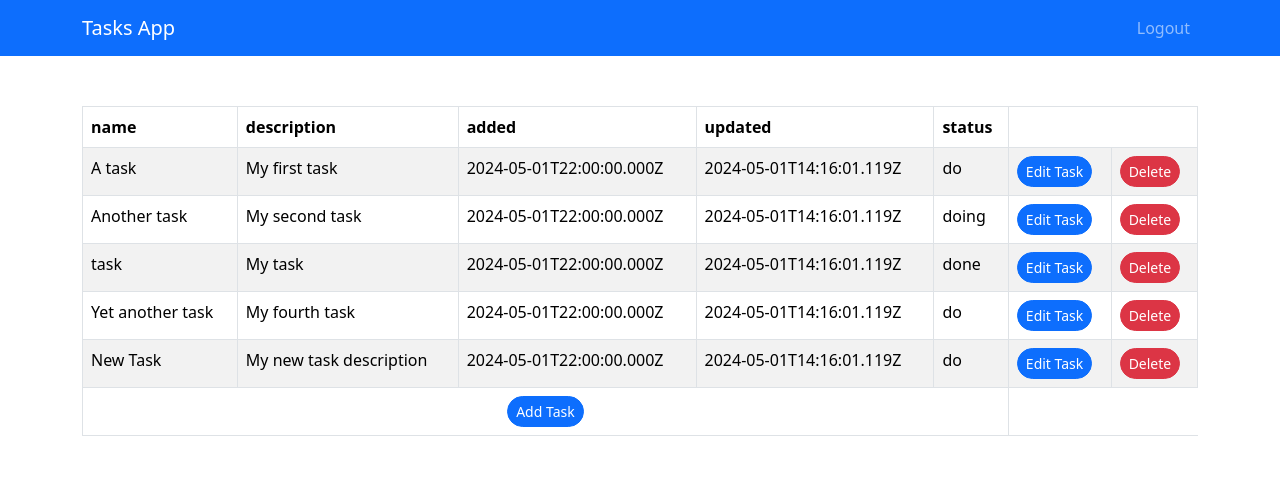
Repository: trider/react-task-manager
Page: /#/tasks
The author's editor kept a copy of each file at every save. The page is drawn from the files as they stood at one save, then again after the next save.
The browser window is 1280 px wide. The pictures show the whole page.
The project was rebuilt for these pictures with package versions that can differ from the ones it lists, and the page was loaded fresh each time. Also part of the build but not shown: src/App.css, src/data/_Users.js, src/pages/Login.js.

Above is the page before, as saved 2024-05-06 15:47:21.

### src/App.js
// import logo from './logo.svg';
import './App.css';
import 'bootstrap/dist/css/bootstrap.min.css';
// import { BrowserRouter, Routes, Route } from "react-router-dom";
import {HashRouter as Router, Routes, Route} from "react-router-dom";
import LoginForm from "./pages/Login";
import TaskList from "./pages/Task";

// const path = process.env.REACT_APP_FOR_PATH;

function App() {
  return (
    <div>
      <Router baseline="/">
        <Routes>
          <Route index element={<LoginForm />} />
            <Route path="login" element={<LoginForm />} />
            <Route path="tasks" element={<TaskList />} />
        </Routes>
      </Router>
    </div>
  );
}

export default App;

### src/pages/Task.js
import * as React from 'react';
import Table from 'react-bootstrap/Table';
import Container from 'react-bootstrap/Container';
import ModalComponent from '../components/Modal';
import userTasks from '../data/_Tasks';
import tableCols from '../data/_Cols';
import NavbarComponent from '../components/Navigation';
import Button from 'react-bootstrap/Button';



const TaskTable = () => {
  return (
    <div>
      <Table striped bordered hover size="lg">
      <thead>
        <tr>
          {tableCols.map((col) => (
            <th key={col}>{col}</th>
          ))}
           <th colSpan={"2"}></th>
        </tr>
      </thead>
      <tbody>
        {userTasks.map((task) => (
          <tr key={task.id}>
            {tableCols.map((col) => (
              <td key={col}>{task[col]}</td>
            ))}
            <td >


            <ModalComponent title={'Edit Task'} size={'sm'} />
            </td>
            <td>
            <Button  variant="danger rounded-pill" size='sm' >
            Delete
          </Button>
            </td>
          </tr>
        ))}

      </tbody>
      <tfoot>
        <tr>
          <td colSpan={tableCols.length } style={{backgroundColor:"white"}}>
          <div className="d-grid gap-2 d-md-flex justify-content-md-center">
            <ModalComponent title={'Add Task'} size={'sm'}/>
           </div>
          </td>
        </tr>
      </tfoot>
    </Table>




    </div>
  );
}


const TaskList = () => {
  return (
    <div>

    <NavbarComponent />
    <Container style={{marginTop:"50px"}}>
      <TaskTable />
    </Container>
    </div>
  );
}

export default TaskList;

### src/components/Modal.js
import { useState } from 'react';
import Button from 'react-bootstrap/Button';
import Modal from 'react-bootstrap/Modal';

const ModalComponent = (props) => {
  const [show, setShow] = useState(false);

  const handleClose = () => setShow(false);
  const handleShow = () => setShow(true);
  return (
    <div>
      <Button variant="primary" onClick={handleShow} className='rounded-pill' size={props.size}>
        {props.title}
      </Button>

      <Modal show={show} onHide={handleClose}>
        <Modal.Header closeButton>
          <Modal.Title>{props.title}</Modal.Title>
        </Modal.Header>
        <Modal.Body>
          Woohoo, you are reading this text in a modal!
          <div className='bg-primary text-light text-center' style={{ marginTop: '10px'}}>
          <Button  variant="primary rounded-pill" onClick={handleClose} size={props.size} >
            Submit
          </Button>


          </div>


          </Modal.Body>
        {/* <Modal.Footer>


        <div className='bg-primary text-light text-center' >
          <Button  variant="primary" onClick={handleClose}>
            Submit
          </Button>
          </div>
        </Modal.Footer> */}
      </Modal>
    </div>
  );
}

export default ModalComponent;

### src/data/_Tasks.js
const userTasks= [
 {
   id: "6630ab326e723ac1ea6dce7a",
   description: "My first task",
   name: "A task",
   taskId: 1,
   user: "jonnygold",
   added: "2024-05-01T22:00:00.000Z",
   updated: "2024-05-01T14:16:01.119Z",
   status: "do",
   isActive: true
 },
 {
   id: "6630fe5d6e723ac1ea6dce7e",
   description: "My second task",
   name: "Another task",
   taskId: 2,
   user: "jonnygold",
   added: "2024-05-01T22:00:00.000Z",
   updated:"2024-05-01T14:16:01.119Z",
   status: "doing",
   isActive: true
 },
 {
   id: "6630fe826e723ac1ea6dce7f",
   description: "My task",
   name: "task",
   taskId: 3,
   user: "jonnygold",
   added: "2024-05-01T22:00:00.000Z",
   updated:"2024-05-01T14:16:01.119Z",
   status: "done",
   isActive: true
 },
 {
   id: "6631f17cc4c9b7f5ab3c28c3",
   name: "Yet another task",
   description: "My fourth task",
   user: "jonnygold",
   taskId: 4,
   added: "2024-05-01T22:00:00.000Z",
   updated:"2024-05-01T14:16:01.119Z",
   isActive: true,
   status: "do",

 },
 {
   id: "66323f0d54b80929f84ebdd2",
   user: "jonnygold",
   name: "New Task",
   description: "My new task description",
   status: "do",
   taskId: 5,
   added: "2024-05-01T22:00:00.000Z",
   updated:"2024-05-01T14:16:01.119Z",
   isActive: true,
 }

]

export default userTasks

### src/data/_Cols.js
const tableCols = [
 'name',
 'description',
 'added',
 'updated',
 'status',
];

export default tableCols

### src/components/Navigation.js
import * as React from 'react';
import Container from 'react-bootstrap/Container';
import Nav from 'react-bootstrap/Nav';
import Navbar from 'react-bootstrap/Navbar';






const NavbarComponent = () => {
  return (
    <Navbar bg="primary" expand="lg" data-bs-theme="dark">
      <Container>
        <Navbar.Brand href="#home">Tasks App</Navbar.Brand>
        <Navbar.Toggle aria-controls="basic-navbar-nav" />
        <Navbar.Collapse id="basic-navbar-nav">
          <Nav className="me-auto" >
          </Nav>
          <Nav>
            <Nav.Link href="/login">Logout</Nav.Link>
          </Nav>
        </Navbar.Collapse>
      </Container>
    </Navbar>
  );
}



export default NavbarComponent;

Loaded but not shown: public/index.html (common file); src/index.js (common file); src/index.css (common file); src/reportWebVitals.js (common file)

After the next save:
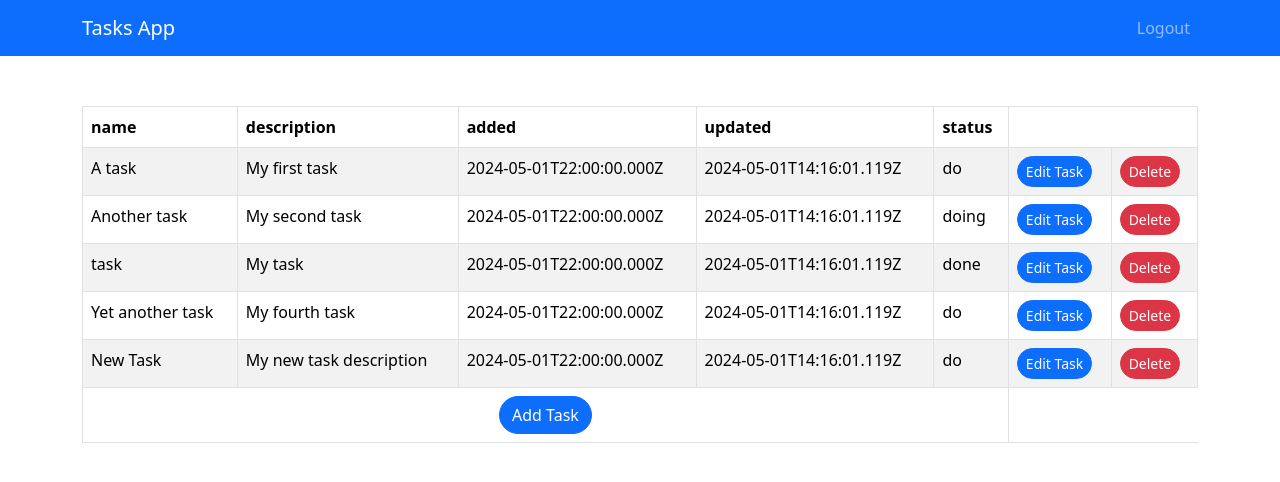
Saved 4 s later.
--- a/src/pages/Task.js
+++ b/src/pages/Task.js
@@ -45,7 +45,7 @@ const TaskTable = () => {
         <tr>
           <td colSpan={tableCols.length } style={{backgroundColor:"white"}}>
           <div className="d-grid gap-2 d-md-flex justify-content-md-center">
-            <ModalComponent title={'Add Task'} size={'sm'}/>
+            <ModalComponent title={'Add Task'} size={'md'}/>
            </div>
           </td>
         </tr>
